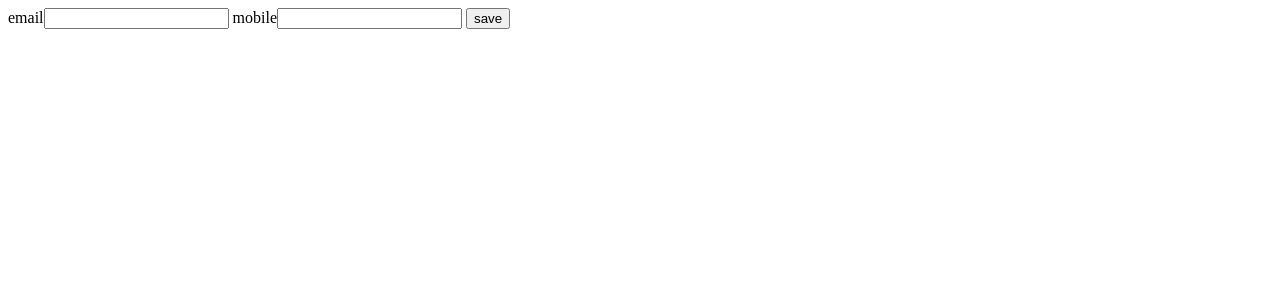
Repository: anujkumar163/Tom_cad
Page: practice_22/src/main/webapp/update.html
The author's editor kept a copy of each file at every save. The page is drawn from the files as they stood at one save, then again after the next save.
The browser window is 1280 px wide. The pictures show the whole page.

Above is the page before, as saved 2022-06-09 11:58:04.

After the next save:
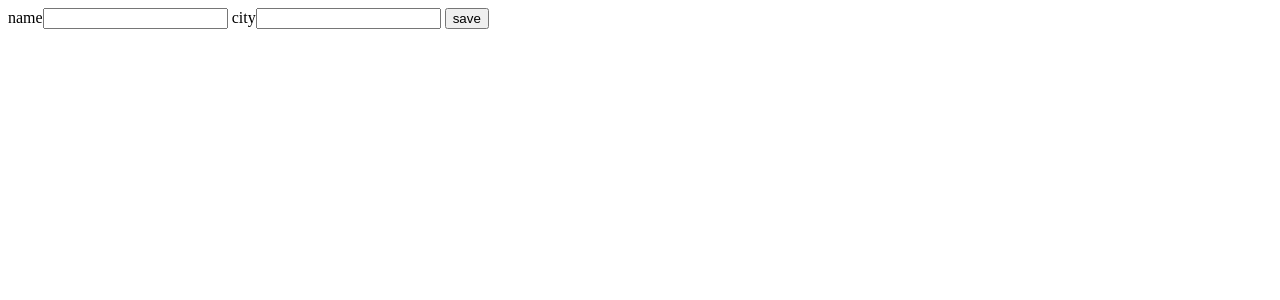
Saved 27 s later.
--- a/practice_22/src/main/webapp/update.html
+++ b/practice_22/src/main/webapp/update.html
@@ -6,8 +6,8 @@
 </head>
 <body>
 	<form action="update" method="post">
-	email<input type="text" name="email">
-	mobile<input type="text" name="mobile">
+	name<input type="text" name="name">
+	city<input type="text" name="city">
 	<input type="submit" value="save">
 
 	</form>
